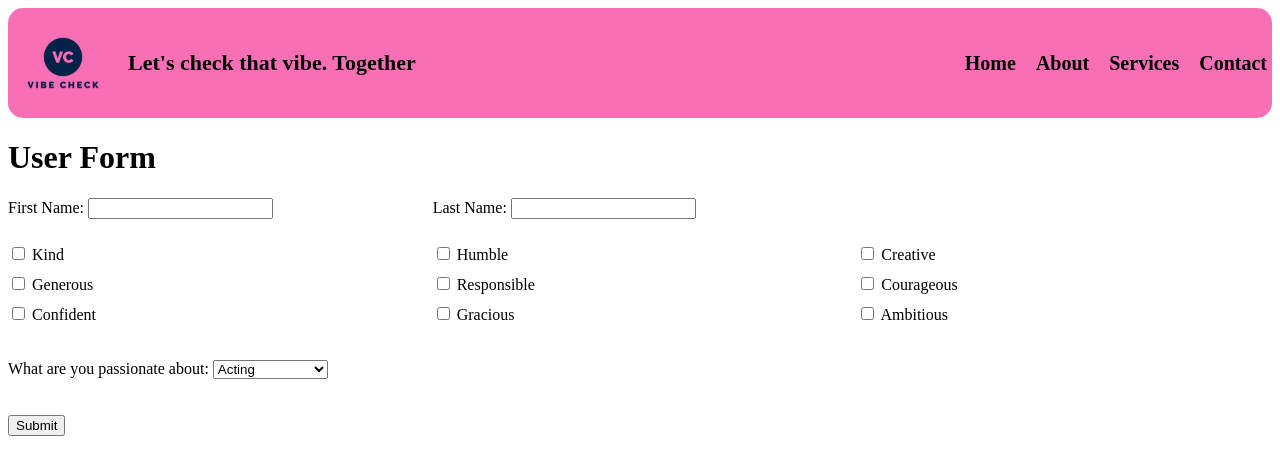
Repository: Chadloswald/Dis-Service
Page: docs/index.html
The author's editor kept a copy of each file at every save. The page is drawn from the files as they stood at one save, then again after the next save.
The browser window is 1280 px wide. The pictures show the whole page.

Above is the page before, as saved 2023-05-02 10:24:38.

### docs/index.html
<!DOCTYPE html>
<html>
<head>
	<title>Dis-Service</title>
	<link rel="stylesheet" type="text/css" href="styles.css">
	<script src="scripts.js"></script>
</head>
<body>
	<header>
		<div class="logo">
		  <img src="logo.jpeg" alt="Logo">
		  <h1>Let's check that vibe. Together</h1>
		</div>
		<nav>
		  <ul>
			<li><a href="#">Home</a></li>
			<li><a href="#">About</a></li>
			<li><a href="#">Services</a></li>
			<li><a href="#">Contact</a></li>
		  </ul>
		</nav>
	  </header>
	<h1>User Form</h1>

	<form>
	<div id="checkbox-grid">
		<label>
			First Name:
			<input type="text" name="firstname" id="firstname">
		</label>
		<label>
			Last Name:
			<input type="text" name="lastname" id="lastname">
		</label>
		<br><br>
		<!-- ----------------------------------------- -->
		<label>
			<input type="checkbox" name="option1" value="cruel">
			Kind
		</label>
		<label>
			<input type="checkbox" name="option2" value="arrogant">
			Humble
		</label>
		<label>
			<input type="checkbox" name="option3" value="mundane">
			Creative
		</label>
		<label>
			<input type="checkbox" name="option4" value="greedy">
			Generous
		</label>
		<label>
			<input type="checkbox" name="option5" value="irressponsible">
			Responsible
		</label>
		<label>
			<input type="checkbox" name="option6" value="cowardly">
			Courageous
		</label>
		<label>
			<input type="checkbox" name="option7"value="insecure">
			Confident
		</label>
		<label>
			<input type="checkbox" name="option8" value="ungrateful">
			Gracious
		</label>
		<label>
			<input type="checkbox" name="option9" value="apathetic">
			Ambitious
		</label>
	</div>
	<br><br>
		<!-- ------------------------------------------------- -->
		<label>
			What are you passionate about:
			<select id="dropdown">
				<option value="you on stage makes Kristen Stewart's performance in Twilight look Oscar worthy">Acting</option>
				<option value="we checked your chart and your big three are all in ugly">Astrology</option>
				<option value="the next time you get our your telescope I'm going to shine a flashlight right down the tube">Astronomy</option>
				<option value="that bottom is so soggy that Paul Hollywood would never shake your hand">Baking</option>
				<option value="I'm sure your 12 followers are just riveted">Blogging</option>
				<option value="option5">Calligraphy</option>
				<option value="option6">Ceramics</option>
				<option value="option7">Chess</option>
				<option value="option8">Collecting</option>
				<option value="it's called salt! Try using it sometime">Cooking</option>
				<option value="option10">Dancing</option>
				<option value="option10">Drawing</option>
				<option value="option10">Film-making</option>
				<option value="option10">Gardening</option>
				<option value="option10">Hiking</option>
				<option value="option10">Jewelry-making</option>
				<option value="option10">Knitting</option>
				<option value="option10">Meditation</option>
				<option value="option10">Music</option>
				<option value="option10">Painting</option>
				<option value="option10">Photography</option>
				<option value="option10">Playing sports</option>
				<option value="option10">Pottery</option>
				<option value="option10">Reading</option>
				<option value="option10">Running</option>
				<option value="option10">Singing</option>
				<option value="option10">Traveling</option>
				<option value="option10">Volunteering</option>
				<option value="option10">Woodworking</option>
				<option value="option10">Writing</option>
				<option value="option10">Yoga</option>
			</select>
		</label>
		<br><br>
		<input type="submit" value="Submit" onclick="displayMessage()">
	</form>
</body>
</html>

### docs/styles.css
label {
	display: block;
}

#checkbox-grid {
	display: grid;
	grid-template-columns: repeat(3, 1fr);
	grid-gap: 10px;
  }

  #checkbox-grid label {
	display: block;
  }

  header {
	background-color: #f86fb5;
	color: black;
	display: flex;
	justify-content: space-between;
	align-items: center;
	padding: 5px;
	border-radius: 15px;
  }

  header h1 {
	font-size: 22px;
  }

  .logo {
	display: flex;
	align-items: center;
  }

  .logo img {
	height: 100px;
	margin-right: 15px;
  }

  nav ul {
	display: flex;
	list-style: none;
  }

  nav li {
	margin-left: 20px;
  }

  nav a {
	color: black;
	text-decoration: none;
	font-weight: bold;
	font-size: 20px;
  }

### docs/scripts.js
function displayMessage() {
	// get the values of the input fields
	var firstname = document.getElementById("firstname").value;
	var lastname = document.getElementById("lastname").value;

	// get the values of the selected checkboxes
	var checkboxes = document.querySelectorAll('input[type="checkbox"]:checked');
	var selected = [];
	for (var i = 0; i < checkboxes.length; i++) {
		selected.push(checkboxes[i].value);
	}

	// get the value of the selected option in the dropdown menu
	var dropdown = document.getElementById("dropdown");
	var selectedOption = dropdown.options[dropdown.selectedIndex].value;

	// create an array of names
	var names = ["Smellward", "Poopington", "Fartsman", "Cheesewick", "McLoser", "Hoobitoob", "Cramsworth", "Plooperbum", "Frimblebim", "Feebrizz"];

	// randomly select two names from the array
	var randomIndex1 = Math.floor(Math.random() * names.length);
	var randomIndex2 = Math.floor(Math.random() * names.length);
	while (randomIndex1 === randomIndex2) {
		randomIndex2 = Math.floor(Math.random() * names.length);
	}
	var randomName1 = names[randomIndex1];
	var randomName2 = names[randomIndex2];

	// construct the message
	var message = "Hey " + firstname + " " + lastname + "! Here's a message to cheer you up! You are an " + selected.join(", ") + " little jerk, and " + selectedOption + ". \nYou have lost the right to use the name " + firstname + " " + lastname + ", you nerd. You will be henceforth known as " + randomName1 + " " + randomName2 + ". May shame follow your family for 1000 years.";

	// display the message in an alert box
	alert(message);
}

After the next save:
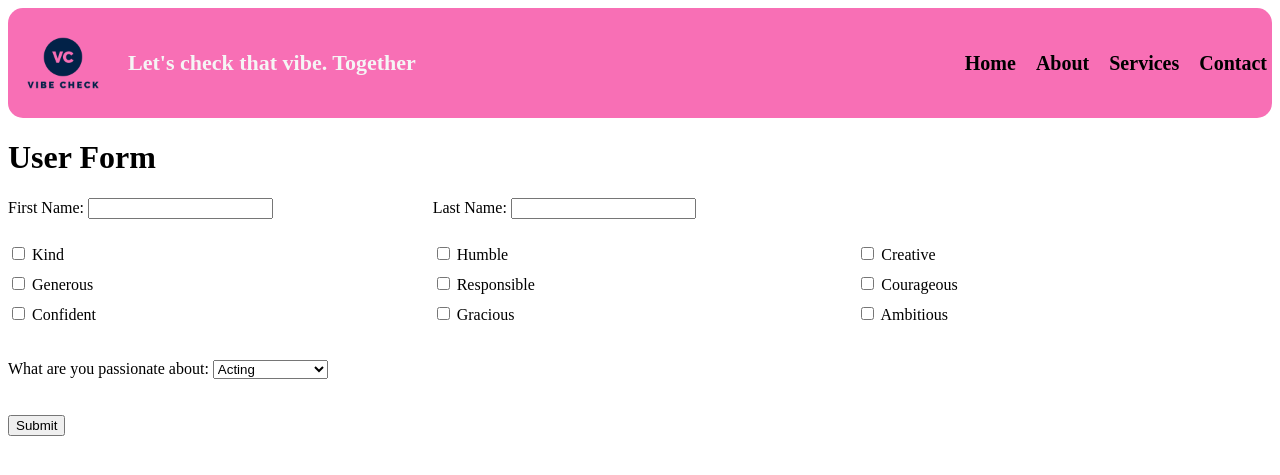
Saved 30 min 50 s later.
--- a/docs/styles.css
+++ b/docs/styles.css
@@ -14,7 +14,7 @@ label {
 
   header {
 	background-color: #f86fb5;
-	color: black;
+	color: whitesmoke;
 	display: flex;
 	justify-content: space-between;
 	align-items: center;
